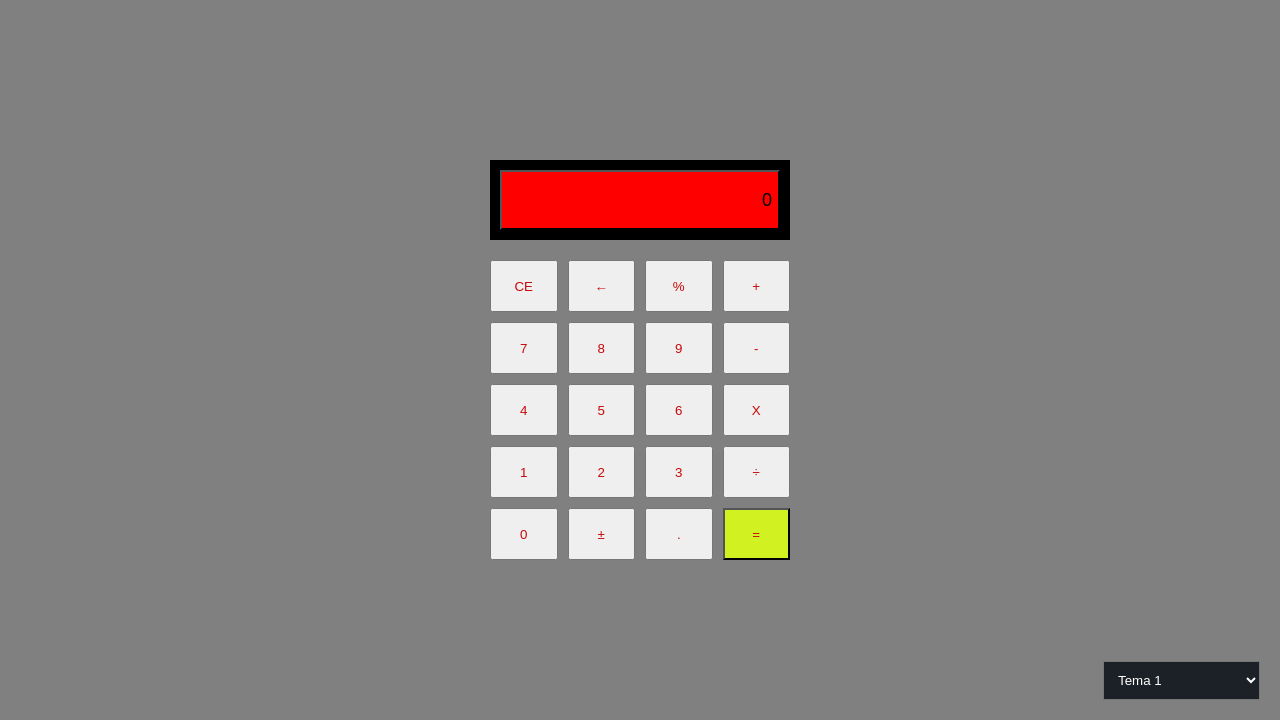
Repository: thislucasme/changing-theme-color-html-css-js
Page: index.html
An editor plug-in stored every save of this project. The page is shown before and after the next save, followed by the edit.
The browser window is 1280 px wide. The pictures show the whole page.
After loading, the first visible `#tema` was changed once.

Above is the page before, as saved 2022-06-29 16:42:40.

### index.html
<!DOCTYPE html>
<html lang="pt_BR">

<head>
    <meta charset="UTF-8">
    <meta http-equiv="X-UA-Compatible" content="IE=edge">
    <meta name="viewport" content="width=device-width, initial-scale=1.0">
    <title>Atividade 22 - Calculadora Javascript</title>
    <link href="css/estilo.css" rel="stylesheet"/>
</head>

<body>
    <div class="calculadora">
        <div class="painel" >
            <div class="operacao" ></div>
            <div class="resultado"></div>
            <button id="resultado"  name="resultado">0</button>
        </div>

        <div class="botoes">
            <button class="botao" id="apagar" onclick="limpar(0)">CE</button>
            <button class="botao" id="apagar" onclick="apagarUltimo()">&#8592;</button>
            <button class="botao" id="porcentagem" onclick="porcentagem()">%</button>
            <button class="botao" id="soma" onclick="verificarSinal('+')">+</button>
            <button class="botao" id="sete" onclick="pegarNumero(7)">7</button>
            <button class="botao" id="oito" onclick="pegarNumero(8)">8</button>
            <button class="botao" id="nove" onclick="pegarNumero(9)">9</button>
            <button class="botao" id="subtrair" onclick="verificarSinal('-')">-</button>
            <button class="botao" id="quatro" onclick="pegarNumero(4)">4</button>
            <button class="botao" id="cinco" onclick="pegarNumero(5)">5</button>
            <button class="botao" id="seis" onclick="pegarNumero(6)">6</button>
            <button class="botao" id="multiplicar" onclick="verificarSinal('x')">X</button>
            <button class="botao" id="um" onclick="pegarNumero(1)">1</button>
            <button class="botao" id="dois" onclick="pegarNumero(2)">2</button>
            <button class="botao" id="3" onclick="pegarNumero(3)">3</button>
            <button class="botao" id="dividir" onclick="verificarSinal('/')">&#247;</button>
            <button class="botao" id="0" onclick="pegarNumero(0)">0</button>
            <button class="botao" id="mais/menos" onclick="mudarSinal()">&#177;</button>
            <button class="botao" id="virgula" onclick="colocarPonto()">.</button>
            <button class="botao" id="igual" onclick="darResultado()">=</button>
        </div>
    </div>
    <select name="tema" id="tema" >
        <option value="tema-padrao">Selecione um tema</option>
        <option value="tema-1">Tema 1</option>
        <option value="tema-2">Tema 2</option>
        <option value="tema-3">Tema 3</option>
        <option value="tema-4">Tema 4</option>
        <option value="tema-5">Tema 5</option>
    </select>
</body>

<script src="js/script.js" ></script>

</html>

### css/estilo.css
body {
    background-color: grey;
}

html {
    margin: 0;
    padding: 0;
    height: 100vh;
    display: flex;
    justify-content: center;
    align-items: center;
}

.tema-padrao {
    --background-color: #0084ac;
    --font-color: #c9f03c;
    --visor-color: #000000;
    --visor-interno-color: #9b0e6c;
    --cor-botao-igual: rgb(33, 241, 50);

}

.tema-1 {
    --background-color: :blue;
    --font-color: #c70909;
    --visor-color: #000000;
    --visor-interno-color: #696969;
    --cor-botao-igual: rgb(210, 241, 33);
}

.theme-dark {
    --background-color: #243133;
    --font-color: #ffffff;
    --visor-color: #000000;
    --visor-interno-color: #575107;
    --cor-botao-igual: rgb(238, 61, 61);
}

.calculadora {
    width: 300px;
    height: 400px;
    background-color: var(--background-color);
    border-radius: 20px;
    padding: 25px;
    display: flex;
    flex-direction: column;

}

#igual {
    background-color: var(--cor-botao-igual);
}

.botao {
    color: var(--font-color);
}


.painel {
    height: 80px;
    width: 100%;
    background-color: var(--visor-color);
    margin-bottom: 20px;
    font-family: 'LCDMono2 Bold', monospace;
    color: rgba(0, 0, 0, 0.6);
    text-shadow: 4px 4px 3px rgb(0 0 0 / 30%);
    padding: 10px;
    box-sizing: border-box;
    text-align: right;
}

#resultado {
    background-color: red;
    height: 60px;
    width: 100%;
    text-align: right;
    font-size: 18px;
}

.botoes {

    display: grid;
    grid-template-columns: repeat(4, 1fr);
    grid-template-rows: repeat(5, 1fr);
    gap: 10px;
    flex: 1;
}

.botoes a {

    background-color: #666;
    text-decoration: none;
    color: black;
    text-align: center;
    font-size: 1.5em;
    display: flex;
    justify-content: center;
    align-items: center;
}

.btn-igual {
    grid-row-start: 4;
    grid-row-end: 6;
    grid-column-start: 4;

}

.btn-c {
    grid-column-start: 1;
    grid-column-end: 3;
}

.btn-0 {
    grid-column-start: 1;
    grid-column-end: 3;
}

#tema {
    background-color: rgb(28, 32, 39);
    color: white;
    padding: 10px;
    position: fixed;
    bottom: 20px;
    right: 20px;
}

#tema>option:hover {
    box-shadow: 0 0 10px 100px #a86218 inset;

}



@font-face {
    font-family: 'LCDMono2 Bold';
    font-style: normal;
    font-weight: normal;
    src: local('LCDMono2 Bold'), url('../fonts/LCDM2B__.woff') format('woff');
}

### js/script.js
const nmrTela = document.getElementById("resultado")
var valoresEspaco = '';
var valores = []
window.addEventListener("keydown", teclado);



function pegarNumero(numero) {
    if (nmrTela.innerHTML == "0") {
        nmrTela.innerHTML = numero
    }
    else {
        nmrTela.innerHTML += `${numero}`
    }
}

function verificarSinal(sinal) {
    if (valores.length <= 1) {
        valoresEspaco = nmrTela.innerHTML.split(' ')
        valores.push(parseFloat(nmrTela.innerHTML))
        nmrTela.innerHTML += ` ${sinal} `
        valores.push(sinal)
    }
}

function porcentagem() {
    var caracteres = nmrTela.innerHTML.split(' ')
    console.log(caracteres.length, caracteres)
    if (caracteres.length == 3) {
        var valorPorCento = parseFloat(caracteres[2]) / 100
        var caracteresValor2 = caracteres[2].split('')
        if (caracteresValor2.length != 0) {
            if (caracteresValor2[caracteresValor2.length - 1] != "%") {
                nmrTela.innerHTML += '%'
            }
            valores.push(valorPorCento)
        }
    }
}

function colocarPonto() {
    var caracteresDaConta = []
    var caracteresValor1 = []
    var caracteresValor2 = []
    caracteresDaConta.push(nmrTela.innerHTML.trim().split(' '))//separa entre valor 1, operação e valor2
    caracteresValor1.push(caracteresDaConta[0][0].split(''))//separa cada caractere do valor 1

    if (caracteresDaConta[0].length == 3) {
        caracteresValor2.push(caracteresDaConta[0][2].split(''))//se exister 3 posições, separa cada caractere do valor 2
        verificarSeExistePonto(caracteresValor2)
    }

    verificarSeExistePonto(caracteresValor1)

    function verificarSeExistePonto(caracteresValor) {
        for (let i in caracteresValor[0]) {
            if (caracteresValor[0][i] == '.') {
                var acumuladora = '.'
            }
        }

        if (!(acumuladora == '.')) {
            nmrTela.innerHTML += '.'
        }
    }
}

function mudarSinal() {
    const caracteresDaConta = nmrTela.innerHTML.trim().split(' ')
    let caracteresValor1 = caracteresDaConta[0].split('')
    let valor1 = ''
    let valor2 = ''

    if (caracteresDaConta.length == 3) {
        var caracteresValor2 = caracteresDaConta[2].split('')

        if (caracteresValor2[0] == '-') {
            caracteresValor2.shift()
            imprimirValor(caracteresValor2, valor2, caracteresDaConta)
        }
        else {
            caracteresValor2.unshift('-')
            imprimirValor(caracteresValor2, valor2, caracteresDaConta);
        }
    }

    if (valores.length == 0) {
        if (caracteresValor1[0] == "-") {
            caracteresValor1.shift()
            imprimirValor(caracteresValor1, valor1)
        }
        else {
            caracteresValor1.unshift('-')
            imprimirValor(caracteresValor1, valor1)
        }
    }

    function imprimirValor(caracteresValor, valorNumero, caracteresConta) {
        caracteresValor.forEach(valor => {
            valorNumero += valor;
        })
        if (caracteresConta != undefined) {
            nmrTela.innerHTML = `${caracteresConta[0]} ${caracteresConta[1]} ${valorNumero}`
        }
        else {
            nmrTela.innerHTML = valorNumero
        }
    }
}

function darResultado() {
    var resultado = 0
    var operacao = valores[1]
    if (operacao == '-') {
        tratarResultado('-')
    }
    else if (operacao == '+') {
        tratarResultado('+')
    }
    else if (operacao == 'x') {
        tratarResultado('*')
    }
    else if (operacao == '/') {
        tratarResultado('/')
    }
    valores.splice(0, 3)

    function tratarResultado(operacao) {
        valoresEspaco = nmrTela.innerHTML.split(' ')
        valores.push(valoresEspaco[2])
        switch (operacao) {
            case '-':
                resultado = parseFloat(valores[0]) - parseFloat(valores[2])
                limpar(resultado)
                break;
            case '+':
                resultado = parseFloat(valores[0]) + parseFloat(valores[2])
                limpar(resultado)
                break;
            case '*':
                resultado = parseFloat(valores[0]) * parseFloat(valores[2])
                limpar(resultado)
                break;
            case '/':
                resultado = parseFloat(valores[0]) / parseFloat(valores[2])
                limpar(resultado)
                break;
        }
    }
}

function limpar(valor) {
    valores.splice(0, 3)
    nmrTela.innerHTML = valor
}

function apagarUltimo() {
    var caracteres = nmrTela.innerHTML.trim().split('')
    var arrayCaracteresTela = ""
    caracteres.pop()
    for (let i in caracteres) { arrayCaracteresTela += caracteres[i] }
    if ((arrayCaracteresTela == []) || (arrayCaracteresTela == '-')) {
        nmrTela.innerHTML = 0
    }
    else {
        nmrTela.innerHTML = arrayCaracteresTela
    }

    if (caracteres.length == 0) {
        valores.pop()
        valores.pop()
    }
}

function teclado() {
    const numbers = '0123456789'
    const operadores = '+-/x'
    var tecla = event.key
    if (numbers.includes(tecla)) {
        pegarNumero(tecla)
    }
    else if (operadores.includes(tecla)) {
        verificarSinal(tecla)
    }
    else switch (tecla) {
        case '*':
            verificarSinal('x')
            break;
        case '%':
            porcentagem()
            break;
        case '.':
        case ',':
            colocarPonto();
            break;
        case '=':
        case 'Enter':
            darResultado();
            break;
        case 'Backspace':
            apagarUltimo()
            break;
        case 'Escape':
            limpar(0);
            break;
    }
}

const options = document.getElementById("tema");

//definir o tema padrão
document.documentElement.className = "tema-padrao";

options.addEventListener("change", function () {
    if (options.value) {
        if (options.value === "tema-1") {
            document.documentElement.className = options.value;
        }
        if (options.value === "tema-2") {
            document.documentElement.className = options.value;
        }
        if (options.value === "tema-3") {
            console.log("tema 3")
        }
        if (options.value === "tema-4") {
            console.log("tema 4")
        }
    }
});

After the next save:
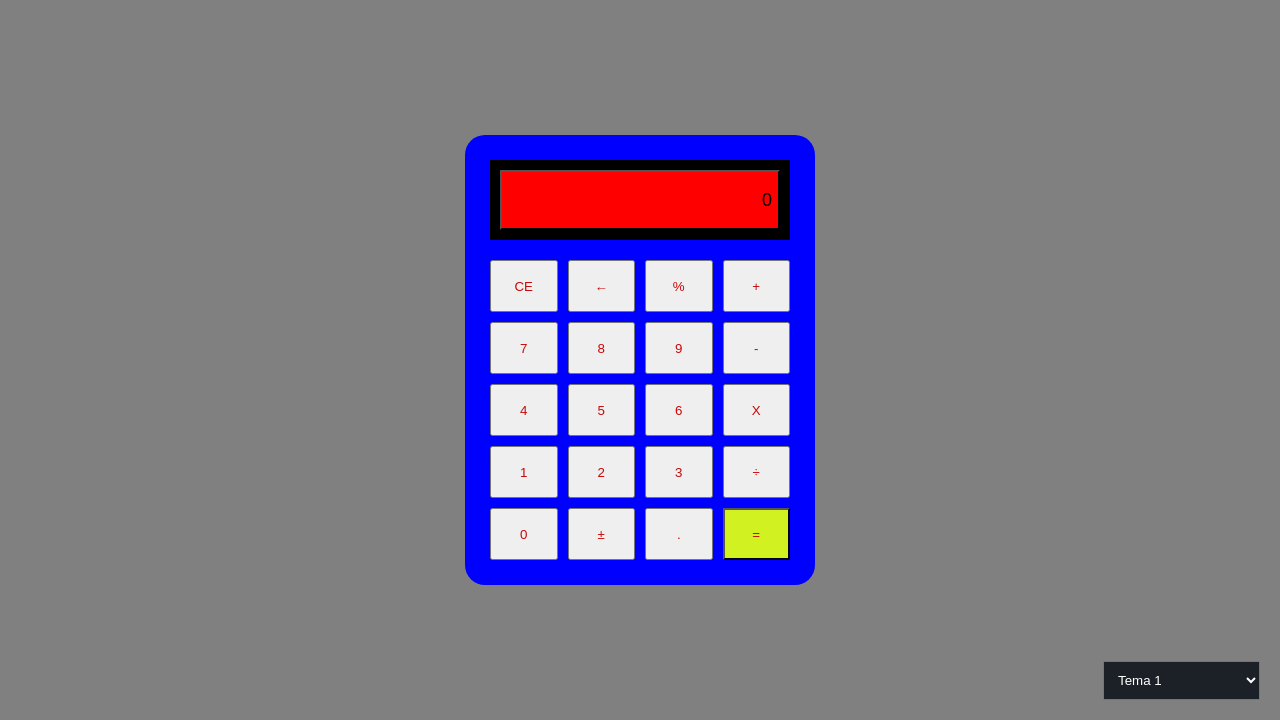
Saved 4 s later.
--- a/css/estilo.css
+++ b/css/estilo.css
@@ -21,7 +21,7 @@ html {
 }
 
 .tema-1 {
-    --background-color: :blue;
+    --background-color: blue;
     --font-color: #c70909;
     --visor-color: #000000;
     --visor-interno-color: #696969;
